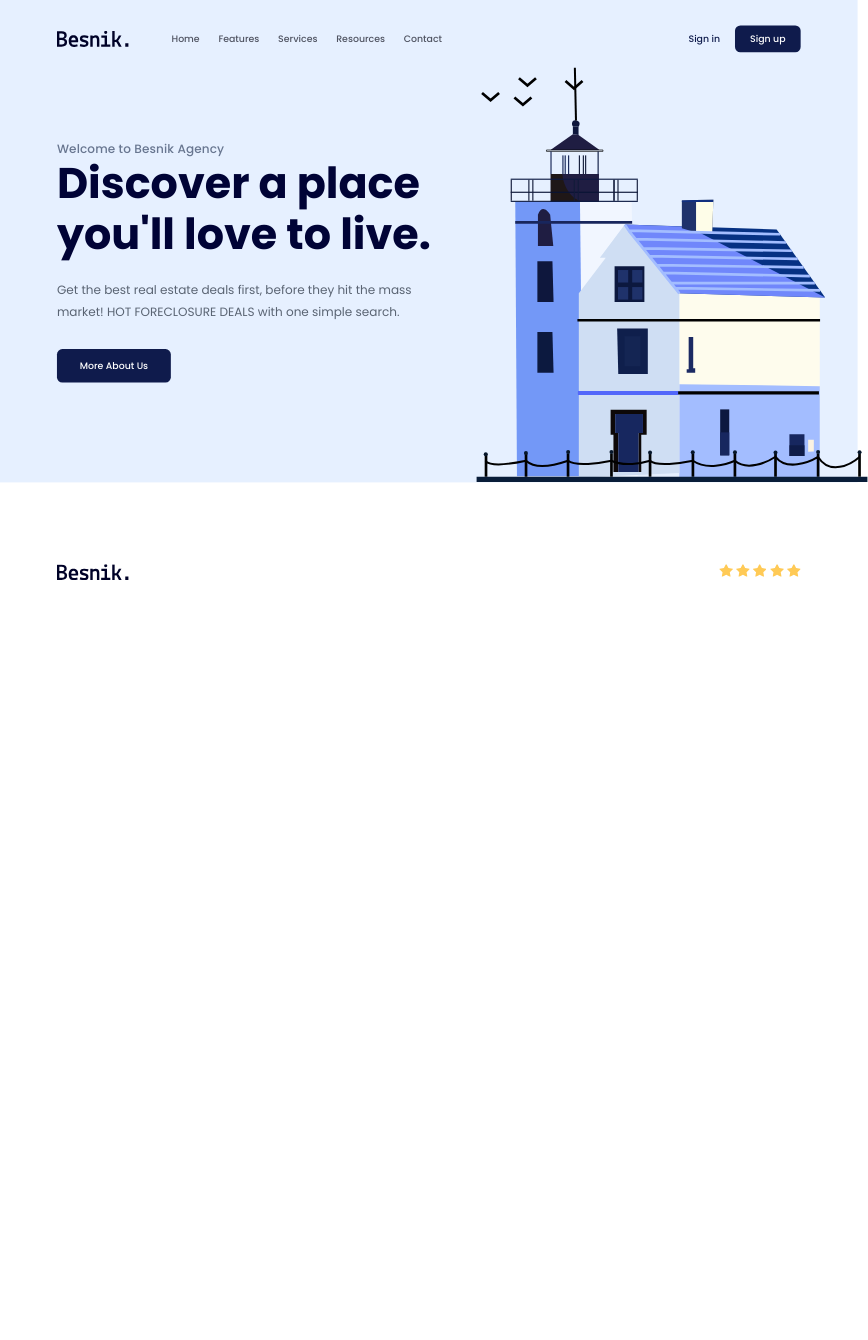
Repository: vancong171001/f8-html-css-01
Page: index.html
These files come from the project's save history. The page is drawn as it stood at one moment and after a run of saves; the edit follows.
The browser window is 1280 px wide. The page is 1295 px wide, so the pictures cover 1295 px, including what lies to the right of the window. The pictures show the whole page, at 67% of full size.

Above is the page before, as saved 2025-02-20 10:44:16.

### index.html
<!DOCTYPE html>
<html lang="en">
  <head>
    <meta charset="UTF-8" />
    <meta name="viewport" content="width=device-width, initial-scale=1.0" />
    <title>Project 01</title>
    <link rel="stylesheet" href="./assets/css/reset.css" />

    <!-- <link rel="preconnect" href="https://fonts.googleapis.com">
  <link rel="preconnect" href="https://fonts.gstatic.com" crossorigin>
  <link
    href="https://fonts.googleapis.com/css2?family=Poppins:wght@400;500;600;700&family=Roboto:ital,wght@0,100;0,300;0,400;0,500;0,700;0,900;1,100;1,300;1,400;1,500;1,700;1,900&display=swap"
    rel="stylesheet"> -->

    <link rel="stylesheet" href="./assets/fonts/stylesheet.css" />
    <link rel="stylesheet" href="./assets/css/styles.css" />
  </head>

  <body>
    <main style="height: 2000px;">
      <!-- Header -->
      <header class="header">
        <div class="content">
          <nav class="navbar">
            <!-- Logo -->
            <img src="./assets/img/logo.svg" alt="Besnik." />

            <!-- Navigation -->
            <ul>
              <li><a href="#!">Home</a></li>
              <li><a href="#!">Features</a></li>
              <li><a href="#!">Services</a></li>
              <li><a href="#!">Resources</a></li>
              <li><a href="#!">Contact</a></li>
            </ul>

            <!-- Action -->
            <div class="action">
              <a href="#!" class="action-link">Sign in</a>
              <a href="#!" class="btn action-btn">Sign up</a>
            </div>
          </nav>

          <div class="hero">
            <div class="info">
              <p class="sub-title">Welcome to Besnik Agency</p>
              <h1 class="title">Discover a place you'll love to live.</h1>
              <p class="desc">
                Get the best real estate deals first, before they hit the mass
                market! HOT FORECLOSURE DEALS with one simple search.
              </p>
              <a href="#!" class="btn hero-cta">More About Us</a>
            </div>

            <img
              src="./assets/img/hero-img.svg"
              alt="Discover a place you'll love to live."
              class="hero-img"
            />
          </div>
        </div>
      </header>

      <!-- Clients -->
      <div class="clients">
        <div class="content">
          <div class="row">
            <!-- Logo -->
            <img src="./assets/img/logo.svg" alt="Besnik.">

            <!-- Stars -->
            <div class="stars">
              <img src="./assets/img/star.svg" alt="Star">
              <img src="./assets/img/star.svg" alt="Star">
              <img src="./assets/img/star.svg" alt="Star">
              <img src="./assets/img/star.svg" alt="Star">
              <img src="./assets/img/star.svg" alt="Star">
            </div>
          </div>
          <div class="row">

          </div>
        </div>
      </div>
    </main>
  </body>
</html>

### assets/fonts/stylesheet.css
/* =============== Poppins ================ */
@font-face {
  font-family: 'Poppins';
  src: url('Poppins/Poppins-BoldItalic.woff2') format('woff2'),
      url('Poppins/Poppins-BoldItalic.woff') format('woff');
  font-weight: bold;
  font-style: italic;
  font-display: swap;
}

@font-face {
  font-family: 'Poppins';
  src: url('Poppins/Poppins-ExtraBold.woff2') format('woff2'),
      url('Poppins/Poppins-ExtraBold.woff') format('woff');
  font-weight: bold;
  font-style: normal;
  font-display: swap;
}

@font-face {
  font-family: 'Poppins';
  src: url('Poppins/Poppins-ExtraBoldItalic.woff2') format('woff2'),
      url('Poppins/Poppins-ExtraBoldItalic.woff') format('woff');
  font-weight: bold;
  font-style: italic;
  font-display: swap;
}

@font-face {
  font-family: 'Poppins';
  src: url('Poppins/Poppins-Bold.woff2') format('woff2'),
      url('Poppins/Poppins-Bold.woff') format('woff');
  font-weight: bold;
  font-style: normal;
  font-display: swap;
}

@font-face {
  font-family: 'Poppins';
  src: url('Poppins/Poppins-Black.woff2') format('woff2'),
      url('Poppins/Poppins-Black.woff') format('woff');
  font-weight: 900;
  font-style: normal;
  font-display: swap;
}

@font-face {
  font-family: 'Poppins';
  src: url('Poppins/Poppins-BlackItalic.woff2') format('woff2'),
      url('Poppins/Poppins-BlackItalic.woff') format('woff');
  font-weight: 900;
  font-style: italic;
  font-display: swap;
}

@font-face {
  font-family: 'Poppins';
  src: url('Poppins/Poppins-ExtraLightItalic.woff2') format('woff2'),
      url('Poppins/Poppins-ExtraLightItalic.woff') format('woff');
  font-weight: 200;
  font-style: italic;
  font-display: swap;
}

@font-face {
  font-family: 'Poppins';
  src: url('Poppins/Poppins-Light.woff2') format('woff2'),
      url('Poppins/Poppins-Light.woff') format('woff');
  font-weight: 300;
  font-style: normal;
  font-display: swap;
}

@font-face {
  font-family: 'Poppins';
  src: url('Poppins/Poppins-Italic.woff2') format('woff2'),
      url('Poppins/Poppins-Italic.woff') format('woff');
  font-weight: normal;
  font-style: italic;
  font-display: swap;
}

@font-face {
  font-family: 'Poppins';
  src: url('Poppins/Poppins-LightItalic.woff2') format('woff2'),
      url('Poppins/Poppins-LightItalic.woff') format('woff');
  font-weight: 300;
  font-style: italic;
  font-display: swap;
}

@font-face {
  font-family: 'Poppins';
  src: url('Poppins/Poppins-Medium.woff2') format('woff2'),
      url('Poppins/Poppins-Medium.woff') format('woff');
  font-weight: 500;
  font-style: normal;
  font-display: swap;
}

@font-face {
  font-family: 'Poppins';
  src: url('Poppins/Poppins-ExtraLight.woff2') format('woff2'),
      url('Poppins/Poppins-ExtraLight.woff') format('woff');
  font-weight: 200;
  font-style: normal;
  font-display: swap;
}

@font-face {
  font-family: 'Poppins';
  src: url('Poppins/Poppins-MediumItalic.woff2') format('woff2'),
      url('Poppins/Poppins-MediumItalic.woff') format('woff');
  font-weight: 500;
  font-style: italic;
  font-display: swap;
}

@font-face {
  font-family: 'Poppins';
  src: url('Poppins/Poppins-SemiBold.woff2') format('woff2'),
      url('Poppins/Poppins-SemiBold.woff') format('woff');
  font-weight: 600;
  font-style: normal;
  font-display: swap;
}

@font-face {
  font-family: 'Poppins';
  src: url('Poppins/Poppins-ThinItalic.woff2') format('woff2'),
      url('Poppins/Poppins-ThinItalic.woff') format('woff');
  font-weight: 100;
  font-style: italic;
  font-display: swap;
}

@font-face {
  font-family: 'Poppins';
  src: url('Poppins/Poppins-SemiBoldItalic.woff2') format('woff2'),
      url('Poppins/Poppins-SemiBoldItalic.woff') format('woff');
  font-weight: 600;
  font-style: italic;
  font-display: swap;
}

@font-face {
  font-family: 'Poppins';
  src: url('Poppins/Poppins-Thin.woff2') format('woff2'),
      url('Poppins/Poppins-Thin.woff') format('woff');
  font-weight: 100;
  font-style: normal;
  font-display: swap;
}

@font-face {
  font-family: 'Poppins';
  src: url('Poppins/Poppins-Regular.woff2') format('woff2'),
      url('Poppins/Poppins-Regular.woff') format('woff');
  font-weight: normal;
  font-style: normal;
  font-display: swap;
}

### assets/css/styles.css
* {
  box-sizing: border-box;
}

:root {
  --primary-color: #0f1b4c;
}

html {
  font-size: 62.5%;
}

body {
  font-size: 1.6rem;
  font-family: "Poppins", "sans-serif";
}

/* Common */
a {
  text-decoration: none;
}

.content {
  width: 1110px;
  max-width: calc(100% - 48px);
  margin-left: auto;
  margin-right: auto;
}

.btn {
  display: inline-block;
  padding: 18px 16px;
  min-width: 98px;
  border-radius: 8px;
  background-color: var(--primary-color);
  font-weight: 500;
  font-size: 1.4rem;
  text-align: center;
  color: white;
}

.btn:hover {
  opacity: 0.9;
}

/* Header */
.header {
  background-color: #e6f0ff;
  height: 100vh;
  position: relative;
}

.navbar {
  display: flex;
  align-items: center;
  padding-top: 38px;
}

.navbar ul {
  display: flex;
  margin-left: 50px;
}

.navbar .action {
  margin-left: auto;
}

.navbar ul a {
  font-weight: 500;
  font-size: 1.4rem;
  color: #4f5361;
  padding: 8px 14px;
}

.navbar ul a:hover {
  text-decoration: underline;
}

.navbar .action-link {
  font-weight: 500;
  font-size: 1.4rem;
  color: var(--primary-color);
}

.navbar .action-btn {
  padding: 13px 16px;
  margin-left: 18px;
}

.hero {
  margin-top: 130px;
}

.hero .info {
  width: 51%;
}

.hero .sub-title {
  color: #687690;
  font-size: 1.8rem;
  font-weight: 500;
  line-height: 1.5;
  letter-spacing: 0.01em;
}

.hero .title {
  color: #000336;
  font-size: 6.4rem;
  font-weight: 700;
  line-height: 1.1875; /* 118.75% */
}

.hero .desc {
  color: #5a6473;
  font-size: 1.8rem;
  font-weight: 400;
  line-height: 1.78; /* 177.778% */
  margin-top: 30px;
}

.hero-cta {
  min-width: 170px;
  margin-top: 40px;
}

.hero-img {
  position: absolute;
  right: calc((100vw - 1110px) / 2 - 100px);
  bottom: 0;
}

/* ======== Client ======== */
.clients {
  margin-top: 122px;
}

.clients .row {
  display: flex;
  justify-content: space-between;
}

Loaded but not shown: assets/css/reset.css (common file)

After the next 2 saves:
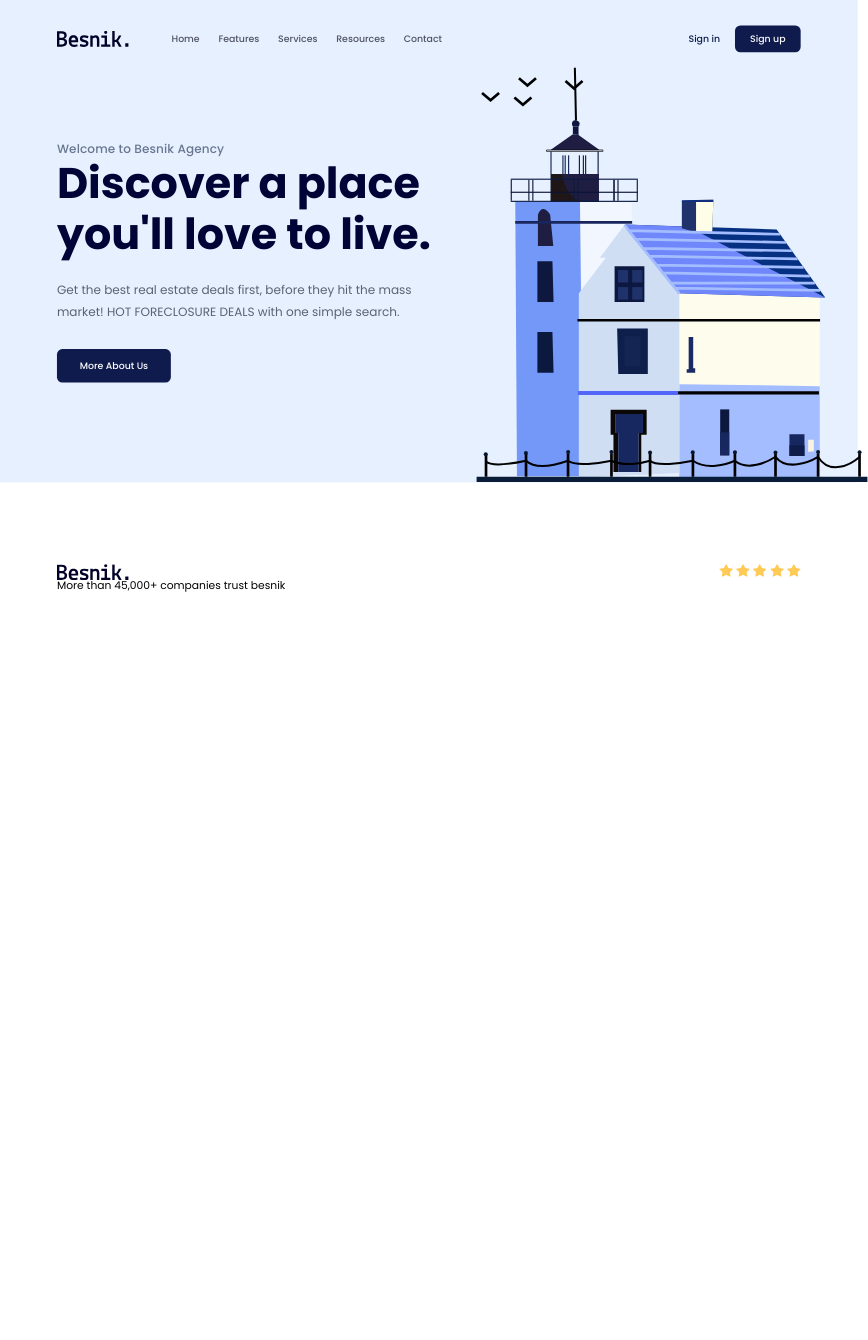
The 2 saves are shown as one change because they came seconds apart.
The last was saved 13 s later.
--- a/index.html
+++ b/index.html
@@ -78,6 +78,7 @@
             </div>
           </div>
           <div class="row">
+            <p>More than 45,000+ companies trust besnik</p>
 
           </div>
         </div>
